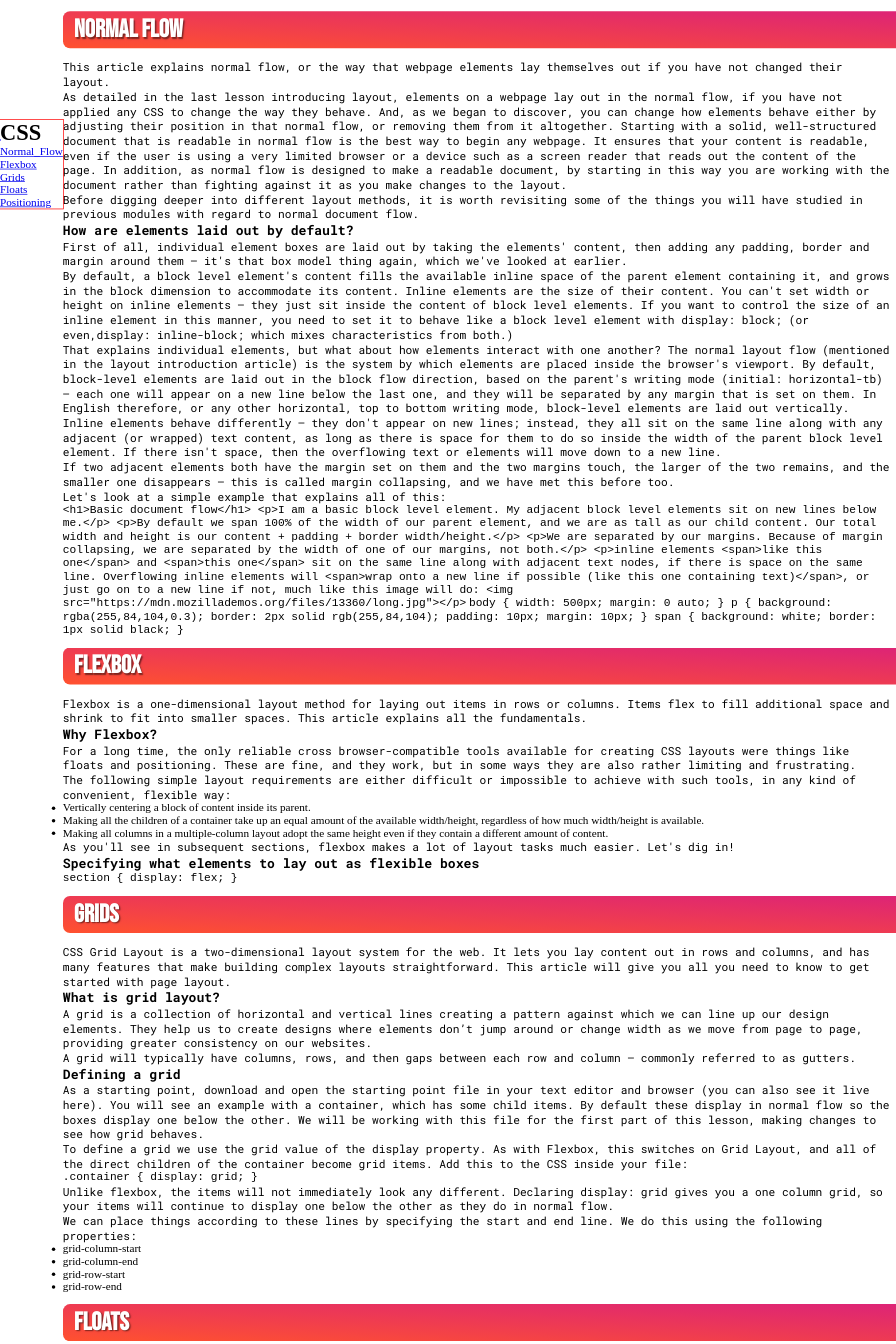
Repository: Colo-Codes/freecodecamp-04-Technical-Documentation-Page
Page: index.html
An editor plug-in stored every save of this project. The page is shown before and after the next save, followed by the edit.
The browser window is 1280 px wide. The pictures show the part of the page from y = 0 to 1920 px (the page is 3102 px tall before and 3247 px after), at 70% of full size.
Some web fonts or font styles are not loaded; a fallback is used.

Above is the page before, as saved 2021-05-21 12:42:23.

After the next save:
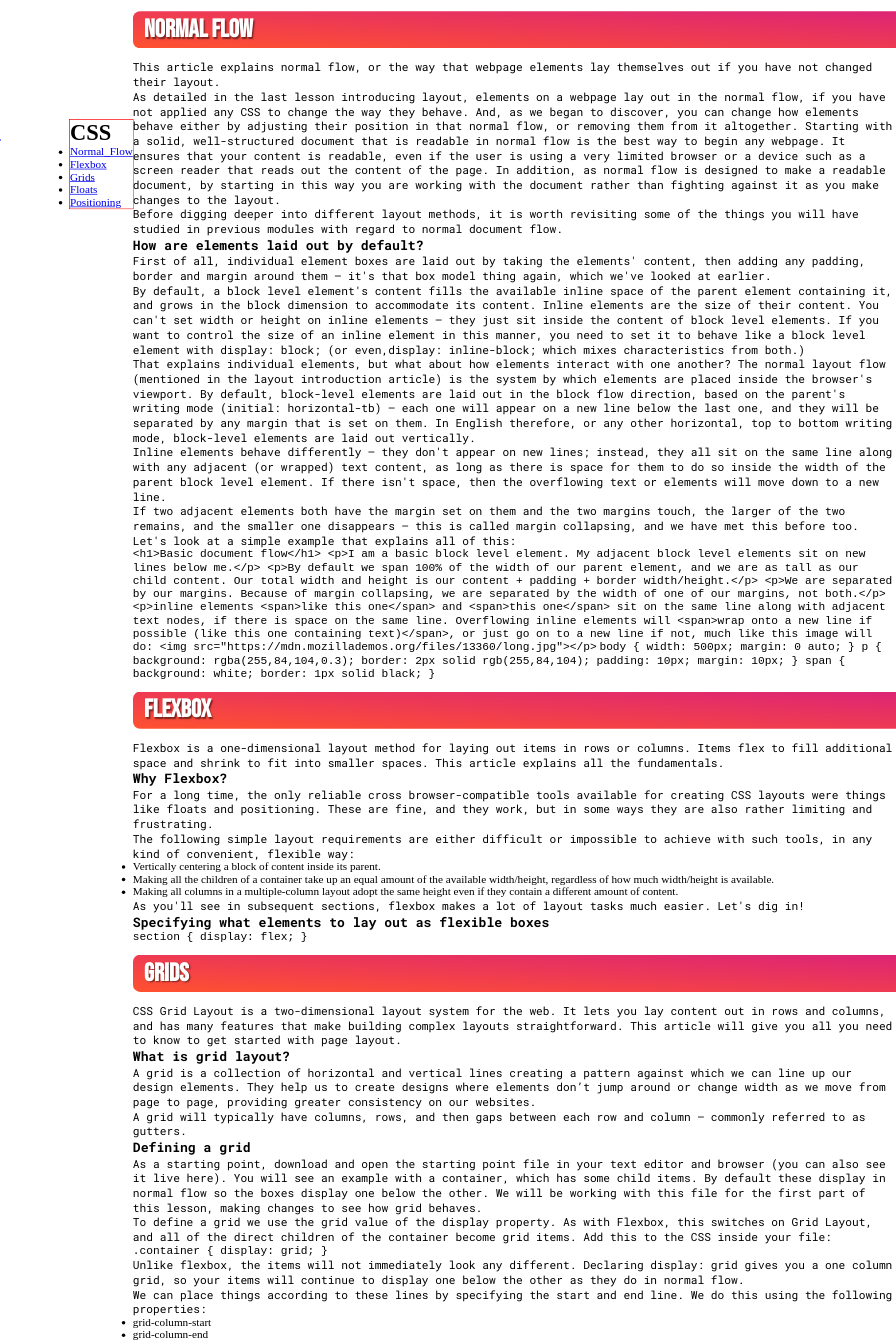
Saved 45 s later.
--- a/resources/css/index.css
+++ b/resources/css/index.css
@@ -35,7 +35,7 @@
     position: sticky;
     top: 20px;
     outline: 1px solid red;
-    width: 800px;
+    margin-left: 100px;
 }
 
 #navbar h1 {

After the save that followed:
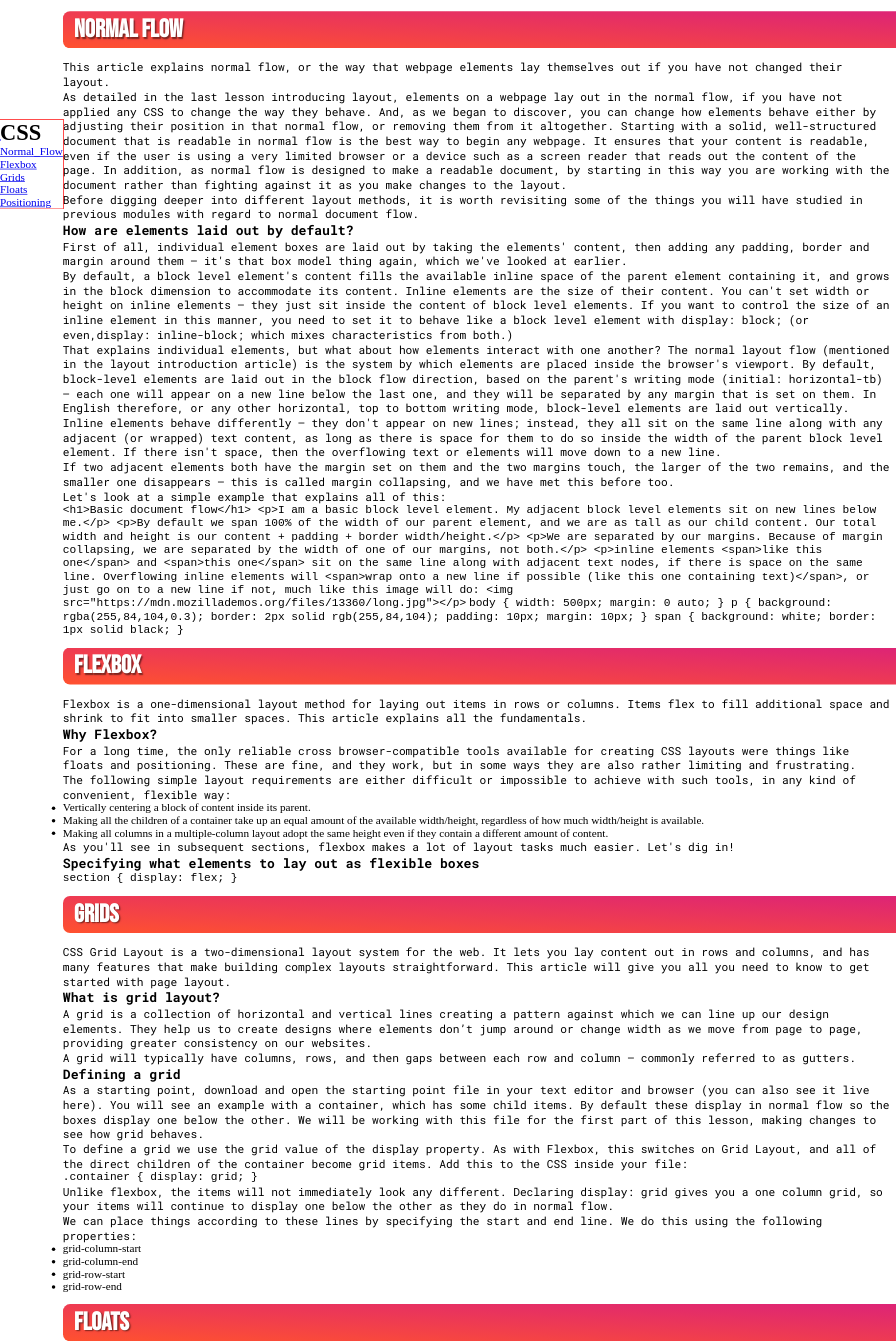
Saved 7 s later.
--- a/resources/css/index.css
+++ b/resources/css/index.css
@@ -35,7 +35,7 @@
     position: sticky;
     top: 20px;
     outline: 1px solid red;
-    margin-left: 100px;
+    margin-rigth: 100px;
 }
 
 #navbar h1 {
